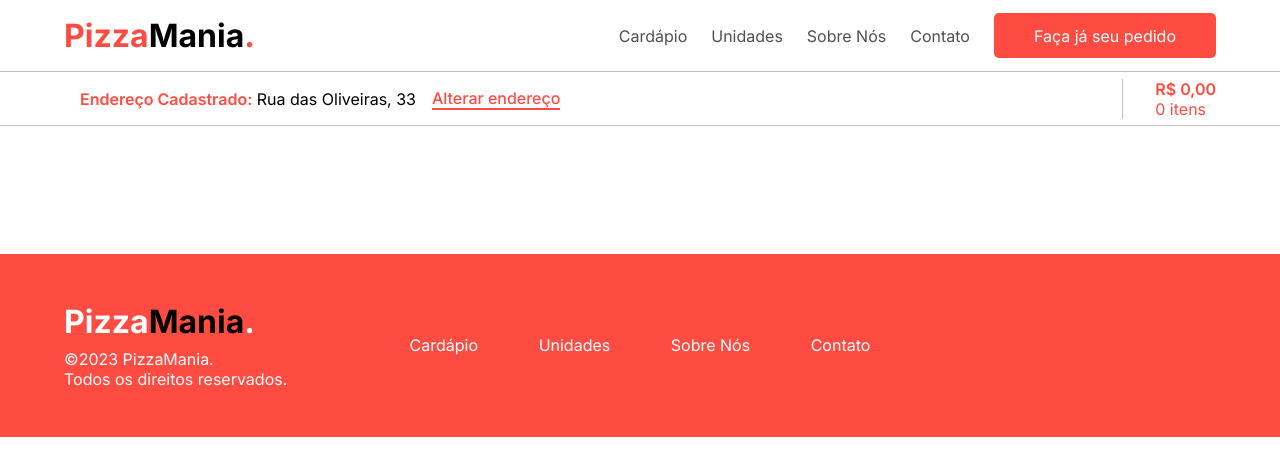
Repository: lucas-albuq/PizzaMania
Page: assets/pages/cardapio.html
The author's editor kept a copy of each file at every save. The page is drawn from the files as they stood at one save, then again after the next save.
The browser window is 1280 px wide. The pictures show the whole page.
Some icons come from a web library that is not loaded, so they are not drawn. Some web libraries are served in a nearby version.

Above is the page before, as saved 2024-01-04 20:41:29.

After the next save:
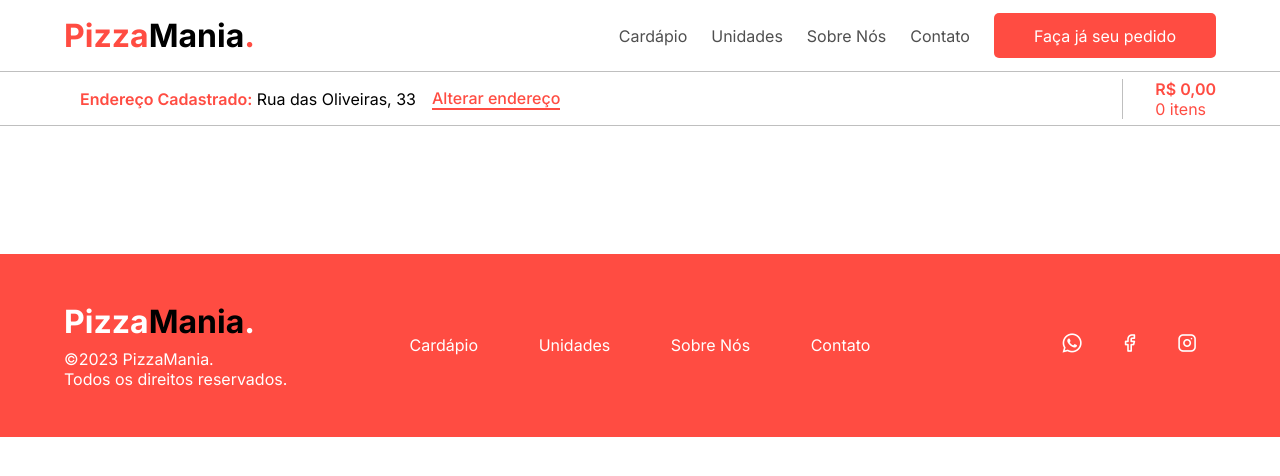
Saved 76 s later.
--- a/assets/pages/cardapio.html
+++ b/assets/pages/cardapio.html
@@ -5,6 +5,7 @@
     <meta name="viewport" content="width=device-width, initial-scale=1.0">
     <title>PizzaMania. - Cardápio</title>
     <link rel='stylesheet' href='https://cdn-uicons.flaticon.com/2.0.0/uicons-regular-rounded/css/uicons-regular-rounded.css'>
+    <link rel="stylesheet" href="./assets/fonts/style.css">
     <link rel="stylesheet" href="../css/pizzamania.css">
 </head>
 <body>
